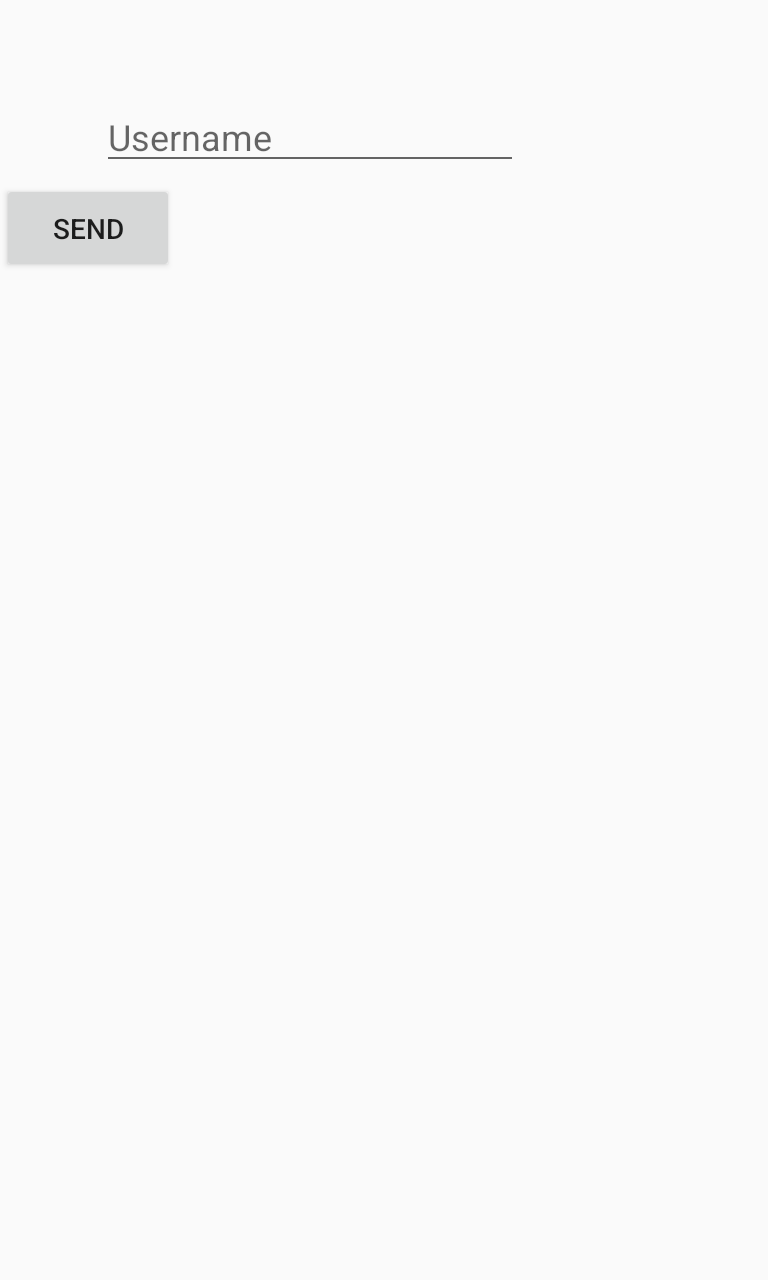
Repository: Sagarsaurus/Ecco
Layout: Ecco/res/layout/activity_home.xml
An editor plug-in stored every save of this project. The layout is shown before and after the next save, followed by the edit.
It is drawn on a 768 x 1280 px phone screen (xhdpi) without system bars, with theme AppTheme; the app's code is not run.

Above is the layout before, as saved 2014-11-17 02:31:56.

### Ecco/res/layout/activity_home.xml
<!-- A DrawerLayout is intended to be used as the top-level content view using match_parent for both width and height to consume the full space available. --><android.support.v4.widget.DrawerLayout xmlns:android="http://schemas.android.com/apk/res/android"
    xmlns:tools="http://schemas.android.com/tools"
    android:id="@+id/drawer_layout"
    android:layout_width="match_parent"
    android:layout_height="match_parent"
    tools:context="com.application.ecco.HomeActivity" >

    <!--
         As the main content view, the view below consumes the entire
         space available using match_parent in both dimensions.
    -->



    <FrameLayout
        android:id="@+id/container"
        android:layout_width="match_parent"
        android:layout_height="match_parent" >

    <EditText
        android:id="@+id/sendFriendRequest"
        android:layout_width="wrap_content"
        android:layout_height="wrap_content"
        android:layout_marginTop="46dp"
        android:layout_marginLeft="50dp"
        android:ems="10"
        android:hint="@string/Username"/>

        <Button
            android:id="@+id/sendRequest"
            android:layout_width="wrap_content"
            android:layout_height="wrap_content"
            android:layout_marginTop="90dp"
            android:onClick="sendRequest"
            android:text="Send" />

    </FrameLayout>

    <!--
         android:layout_gravity="start" tells DrawerLayout to treat
         this as a sliding drawer on the left side for left-to-right
         languages and on the right side for right-to-left languages.
         If you're not building against API 17 or higher, use
         android:layout_gravity="left" instead.
    -->
    <!--
         The drawer is given a fixed width in dp and extends the full height of
         the container.
    -->

    <fragment
        android:id="@+id/navigation_drawer"
        android:name="com.application.ecco.NavigationDrawerFragment"
        android:layout_width="@dimen/navigation_drawer_width"
        android:layout_height="match_parent"
        android:layout_gravity="start"
        tools:layout="@layout/fragment_navigation" />

</android.support.v4.widget.DrawerLayout>

### Ecco/res/values/strings.xml
<?xml version="1.0" encoding="utf-8"?>
<resources>

    <string name="app_name">Ecco</string>
    <string name="hello_world">Hello world!</string>
    <string name="action_settings">Settings</string>
    <string name="Username">Username</string>
    <string name="Password">Password</string>
    <string name="Login">Login</string>
    <string name="createUser">Create User</string>
    <string name="title_activity_home">HomeActivity</string>
    <string name="title_section1">Section 1</string>
    <string name="title_section2">Section 2</string>
    <string name="title_section3">Section 3</string>
    <string name="navigation_drawer_open">Open navigation drawer</string>
    <string name="navigation_drawer_close">Close navigation drawer</string>
    <string name="action_example">Example action</string>
    <string name="title_activity_create_user">CreateUserActivity</string>
    <string name="Email">Email</string>
    <string name="Phone">Phone</string>
    <string name="emailhint">user@email.com</string>
    <string name="phonehint">123-456-7890</string>

</resources>

### Ecco/res/layout/fragment_navigation.xml
<ListView xmlns:android="http://schemas.android.com/apk/res/android"
    xmlns:tools="http://schemas.android.com/tools"
    android:layout_width="match_parent"
    android:layout_height="match_parent"
    android:background="#cccc"
    android:choiceMode="singleChoice"
    android:divider="@android:color/transparent"
    android:dividerHeight="0dp"
    tools:context="com.application.ecco.NavigationDrawerFragment" />

Loaded but not shown: Ecco/res/values/styles.xml (common file); Ecco/res/values-v11/styles.xml (common file); Ecco/res/values-v14/styles.xml (common file); Ecco/res/values/dimens.xml (common file)

After the next save:
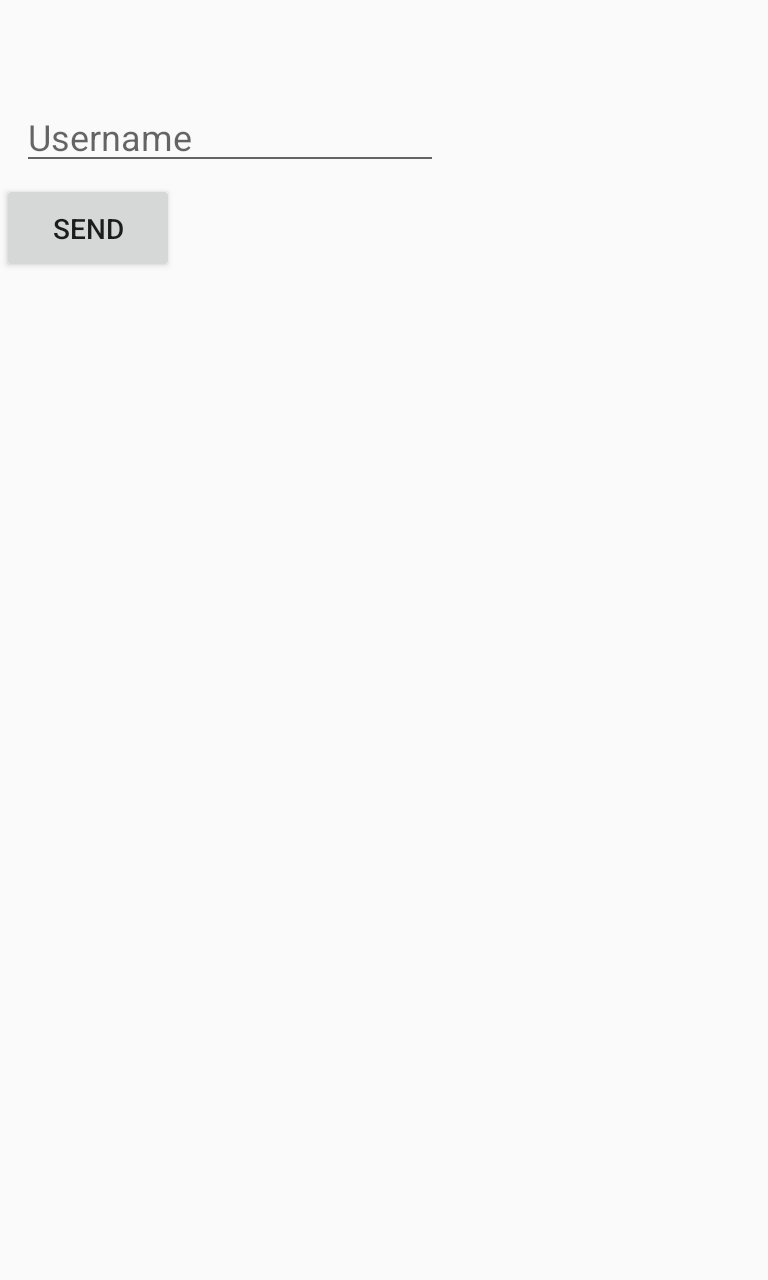
Saved 12 s later.
--- a/Ecco/res/layout/activity_home.xml
+++ b/Ecco/res/layout/activity_home.xml
@@ -22,7 +22,7 @@
         android:layout_width="wrap_content"
         android:layout_height="wrap_content"
         android:layout_marginTop="46dp"
-        android:layout_marginLeft="50dp"
+        android:layout_marginLeft="10dp"
         android:ems="10"
         android:hint="@string/Username"/>
 
